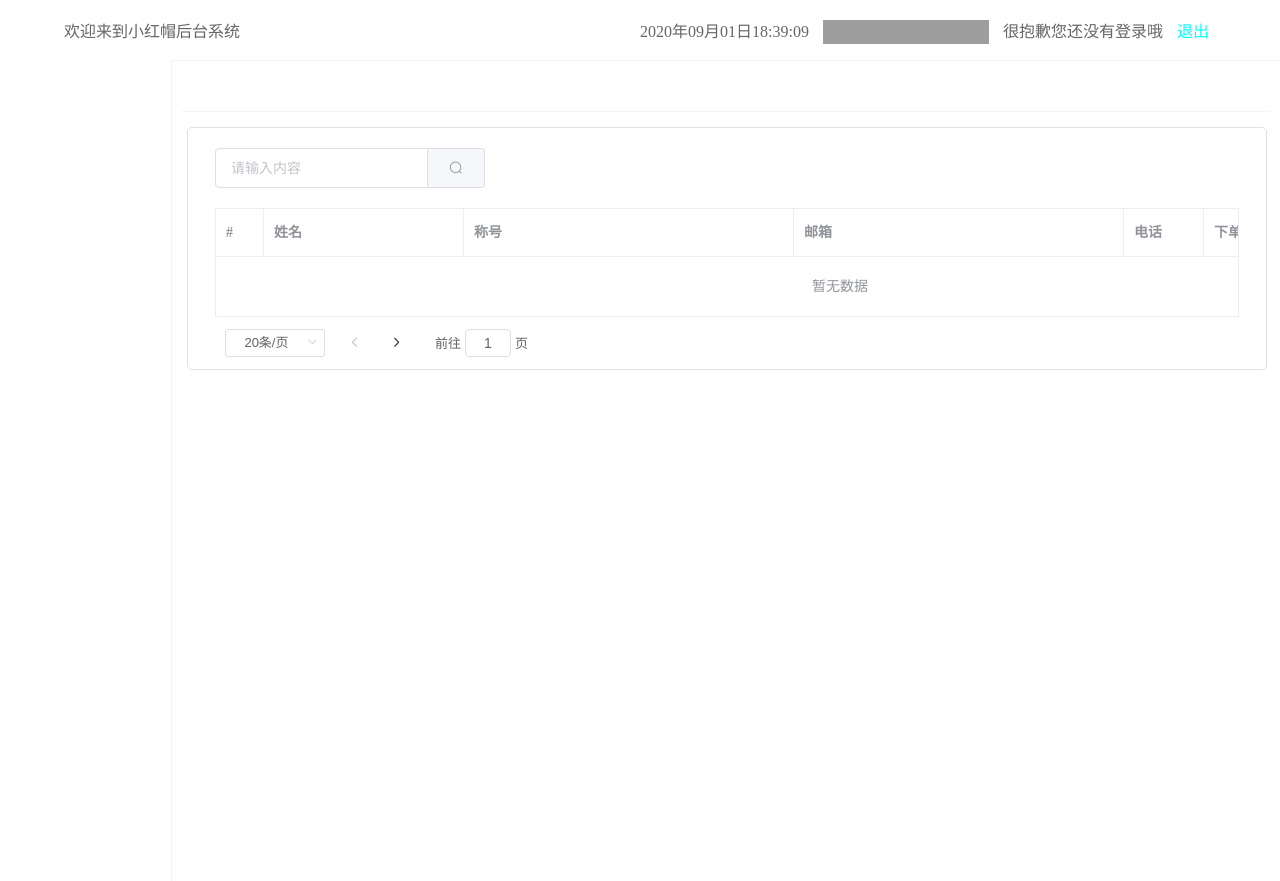
Repository: jinggegeZ/whitesystem
Page: /orders/orders
These files come from the project's save history. The page is drawn as it stood at one moment and after the next save; the edit follows.
The browser window is 1280 px wide. The pictures show the whole page.
Pictures or frames that could not be fetched are drawn as grey boxes. The page's requests for data from a server got no answer. The project was rebuilt for these pictures with package versions that can differ from the ones it lists, and the page was loaded fresh each time. No one was signed in, and anything a server would have sent is missing. Also part of the build but not shown: vue.config.js, src/views/Home.vue.

Above is the page before, as saved 2020-09-02 11:01:14.

After the next save:
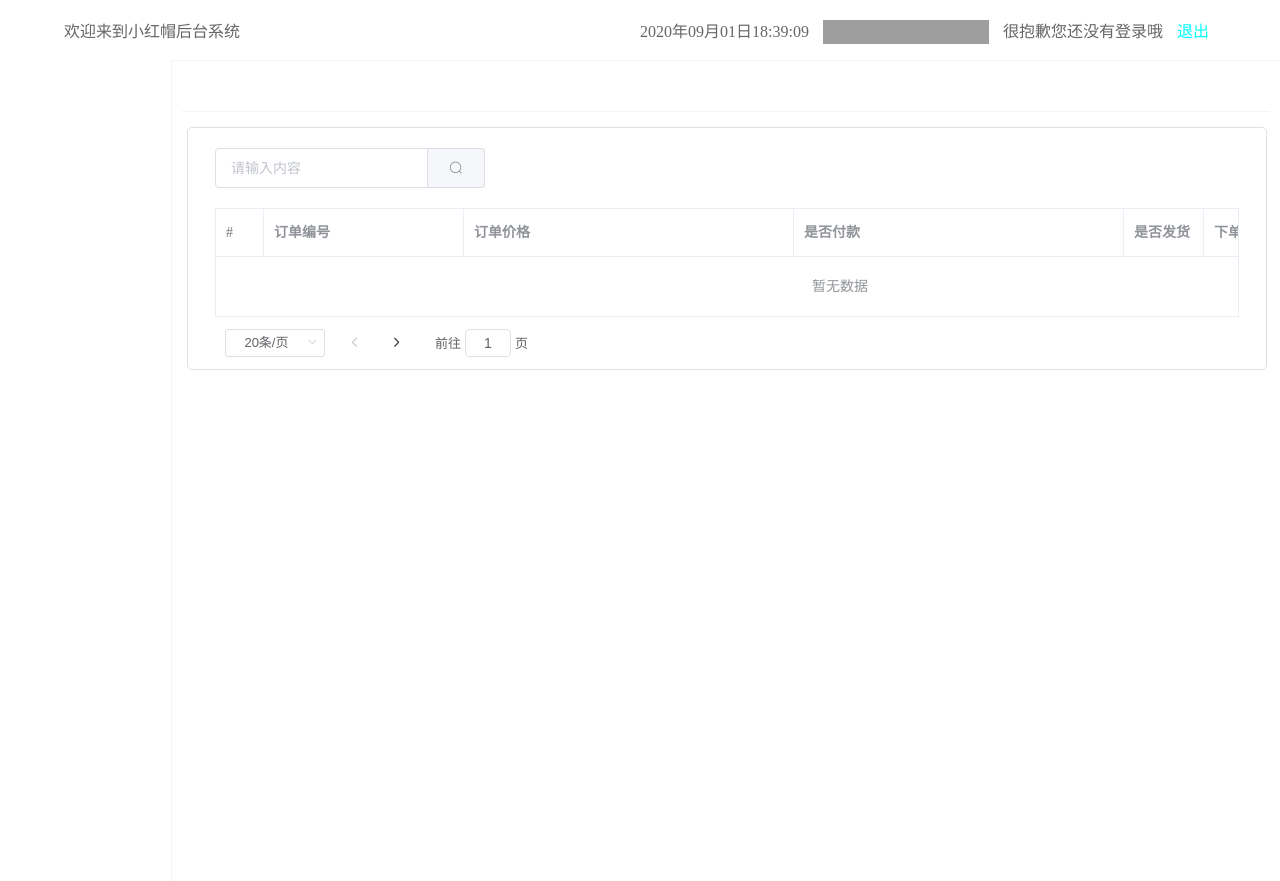
Saved 3 min 22 s later.
--- a/src/views/orderList/OrderList.vue
+++ b/src/views/orderList/OrderList.vue
@@ -17,13 +17,13 @@
             <!-- 下标 -->
             <el-table-column label="#" type="index" :index="indexMethod"></el-table-column>
             <!-- 下标 -->
-            <el-table-column prop="username" label="姓名" width="200"></el-table-column>
+            <el-table-column prop="username" label="订单编号" width="200"></el-table-column>
             <!-- 姓名 -->
-            <el-table-column prop="role_name" label="称号" width="330"></el-table-column>
+            <el-table-column prop="role_name" label="订单价格" width="330"></el-table-column>
             <!-- 角色 -->
-            <el-table-column prop="email" label="邮箱" width="330"></el-table-column>
+            <el-table-column prop="email" label="是否付款" width="330"></el-table-column>
             <!-- 电话 -->
-            <el-table-column prop="mobile" label="电话"></el-table-column>
+            <el-table-column prop="mobile" label="是否发货"></el-table-column>
             <!-- 下单时间 -->
             <el-table-column prop="time" label="下单时间"></el-table-column>
             <!-- 操作 -->
